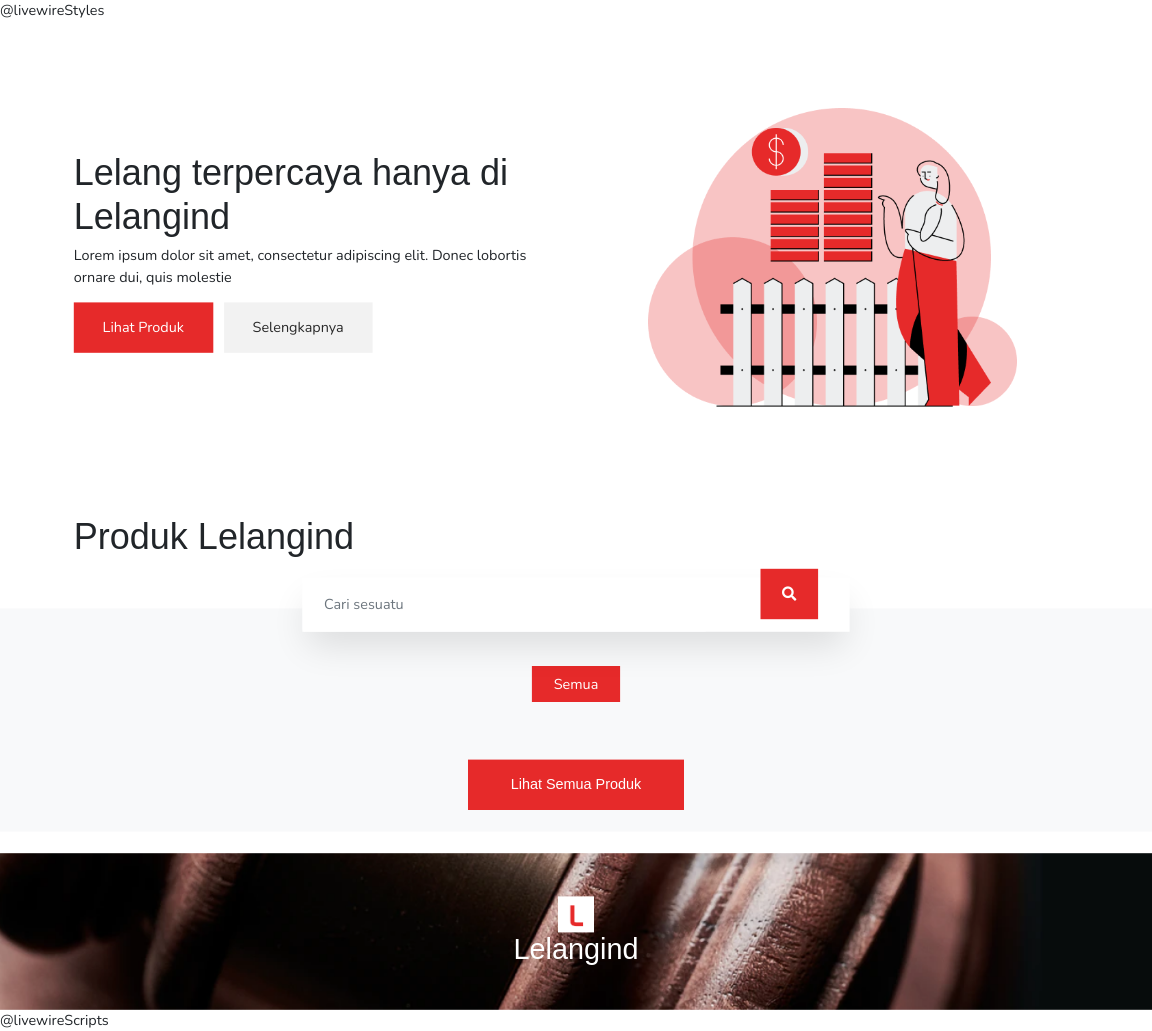
Repository: khulqu15/lelangyuk
Page: http://localhost/
The author's editor kept a copy of each file at every save. The page is drawn from the files as they stood at one save, then again after the next save.
The browser window is 1280 px wide. The pictures show the whole page, at 90% of full size.
Backgrounds fixed to the window are drawn as part of the page. Some web fonts or font styles are not loaded; a fallback is used. The page is served by the project's Laravel application, run on PHP 8.4 with Laravel 8. Queries for data that is not in the repository find no rows.

Above is the page before, as saved 2021-02-15 16:01:11.

After the next save:
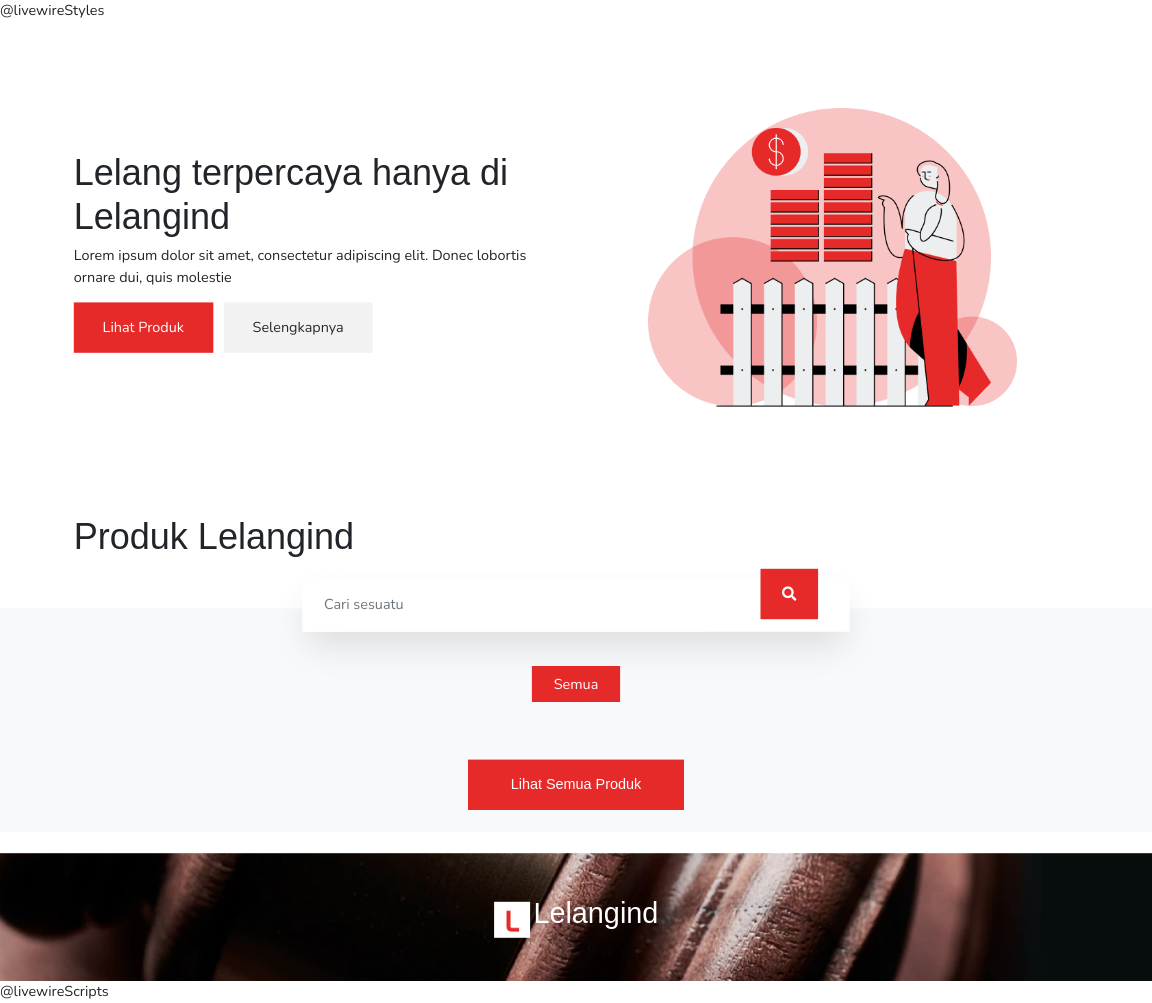
Saved 12 s later.
--- a/resources/views/welcome.blade.php
+++ b/resources/views/welcome.blade.php
@@ -92,7 +92,7 @@
     <div class="row">
         <div class="col-md-8 offset-md-2 text-center">
             <img src="{{ asset('img/logo-white.png') }}" width="40px" alt="Logo">
-            <h2 class="viga text-white mb-0">Lelangind</h2>
+            <h2 class="viga d-inline-block text-white mb-0">Lelangind</h2>
         </div>
     </div>
 </div>
